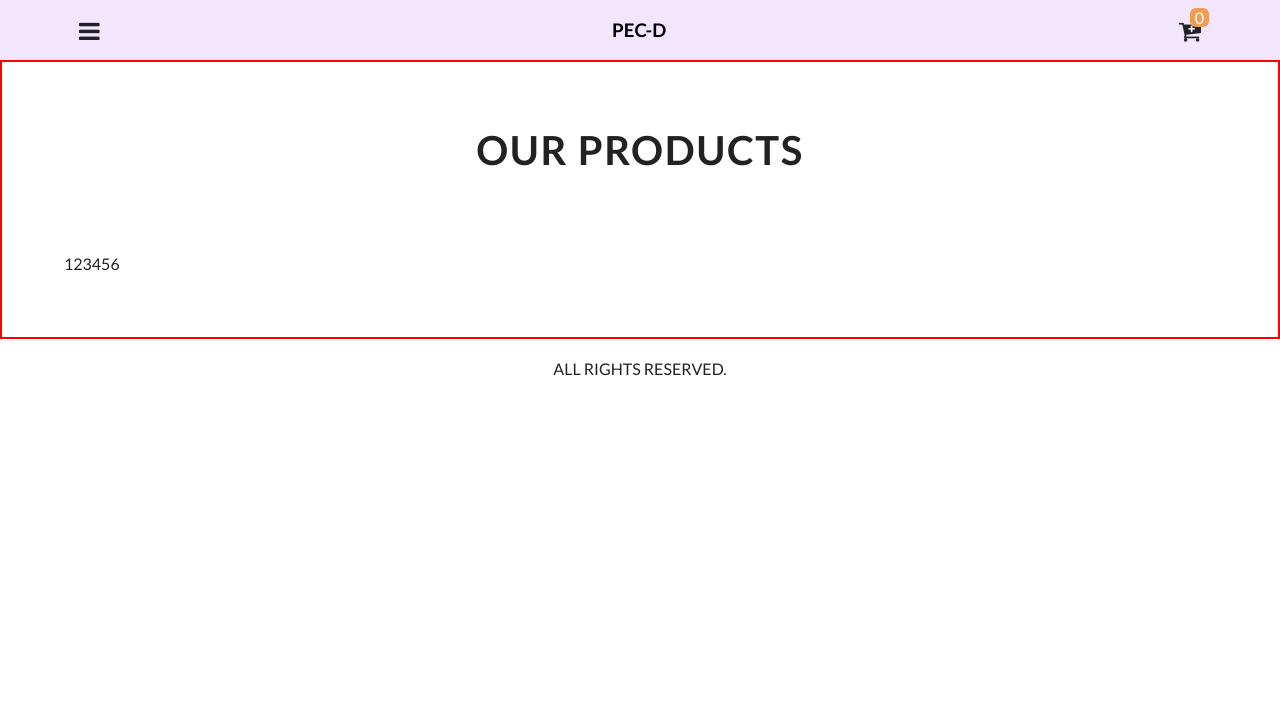
Repository: CHIR4G7/PEC-D
Page: http://localhost/
The author's editor kept a copy of each file at every save. The page is drawn from the files as they stood at one save, then again after the next save.
The browser window is 1280 px wide. The pictures show the whole page.
The page is served by the project's Node server (app.js).

Above is the page before, as saved 2023-07-08 00:49:19.

### public/index.html
<!DOCTYPE html>
<html lang="en">

<head>
    <meta charset="UTF-8">
    <meta http-equiv="X-UA-Compatible" content="IE=edge">
    <meta name="viewport" content="width=device-width, initial-scale=1.0">
    <title>PEC-D</title>
    <link rel="stylesheet" href="https://cdnjs.cloudflare.com/ajax/libs/font-awesome/4.7.0/css/font-awesome.min.css">
    <link rel="stylesheet" href="css/style.css">
</head>

<body>
    <!-- navabr -->
    <nav class="navbar">
        <div class="navbar-center">
            <span class="nav-icon">
                <i class="fa fa-bars"></i>
            </span>
            <!-- <img src="/images/logo.svg" alt="logo" class="sr"> -->
            <h3 class="logo-name">PEC-D</h3>
            <div class="cart-btn">
                <span class="nav-icon">
                    <i class="fa fa-cart-plus"></i>
                </span>
                <div class="cart-items">0</div>
            </div>
        </div>
    </nav>
    <!-- end of navbar -->

    <!-- hero -->
    <!-- <header class="hero">
        <div class="banner">
            <h1 class="banner-title">FURNITURE COLLECTION</h1>
            <button class="banner-btn">SHOW NOW</button>
        </div>
    </header> -->
    <!-- end of hero -->

    <!-- products -->
    <section class="products">
         <div class="section-title">
            <h2>OUR PRODUCTS</h2>
        </div>
        <div class="products-center">
            <!-- single product -->

            <!-- PRODCUT DETIALS -->
            <!-- <article class="product">
                <div class="img-container">
                    <img src="/images/product-1.jpeg" alt="product" class="product-img">
                    <button class="bag-btn" data-id="1">
                        <i class="fa fa-shopping-cart"></i>
                        add to bag.
                    </button>
                </div>
                <h3>add name</h3>

            </article> -->
            <!-- THIS IS END OF PRODUCT DETIALS -->

            <!-- PRODCUT DETIALS -->
            <!-- <article class="product">
                <div class="img-container">
                    <img src="/images/product-8.jpeg" alt="product" class="product-img">
                    <button class="bag-btn" data-id="1">
                        <i class="fa fa-shopping-cart"></i>
                        add to bag.
                    </button>
                </div>
                <h3>TABLE</h3>
                <h4>$11.99</h4>
            </article> -->
            <!-- THIS IS END OF PRODUCT DETIALS -->

            <!-- PRODCUT DETIALS -->
            <!-- <article class="product">
                <div class="img-container">
                    <img src="/images/product-7.jpeg" alt="product" class="product-img">
                    <button class="bag-btn" data-id="1">
                        <i class="fa fa-shopping-cart"></i>
                        add to bag.
                    </button>
                </div>
                <h3>COUCH</h3>
                <h4>$42.99</h4>
            </article> -->
            <!-- THIS IS END OF PRODUCT DETIALS -->

            <!-- PRODCUT DETIALS -->
            <!-- <article class="product">
                <div class="img-container">
                    <img src="/images/product-2.jpeg" alt="product" class="product-img">
                    <button class="bag-btn" data-id="1">
                        <i class="fa fa-shopping-cart"></i>
                        add to bag.
                    </button>
                </div>
                <h3>KING PANEL BED</h3>
                <h4>$12.99</h4>
            </article> -->
            <!-- THIS IS END OF PRODUCT DETIALS -->

            <!-- PRODCUT DETIALS -->
            <!-- <article class="product">
                <div class="img-container">
                    <img src="/images/product-5.jpeg" alt="product" class="product-img">
                    <button class="bag-btn" data-id="1">
                        <i class="fa fa-shopping-cart"></i>
                        add to bag.
                    </button>
                </div>
                <h3>FRIDGE</h3>
                <h4>$34.99</h4>
            </article> -->
            <!-- THIS IS END OF PRODUCT DETIALS -->

            <!-- PRODCUT DETIALS -->
            <!-- <article class="product">
                <div class="img-container">
                    <img src="/images/product-6.jpeg" alt="product" class="product-img">
                    <button class="bag-btn" data-id="1">
                        <i class="fa fa-shopping-cart"></i>
                        add to bag.
                    </button>
                </div>
                <h3>DRESSER</h3>
                <h4>$22.99</h4>
            </article> -->
            <!-- THIS IS END OF PRODUCT DETIALS -->

            <!-- PRODCUT DETIALS -->
            <!-- <article class="product">
                <div class="img-container">
                    <img src="/images/product-3.jpeg" alt="product" class="product-img">
                    <button class="bag-btn" data-id="1">
                        <i class="fa fa-shopping-cart"></i>
                        add to bag.
                    </button>
                </div>
                <h3>TWIN PANEL BED</h3>
                <h4>$17.99</h4>
            </article> -->
            <!-- THIS IS END OF PRODUCT DETIALS -->

            <!-- PRODCUT DETIALS -->
            <!-- <article class="product">
                <div class="img-container">
                    <img src="/images/product-4.jpeg" alt="product" class="product-img">
                    <button class="bag-btn" data-id="1">
                        <i class="fa fa-shopping-cart"></i>
                        add to bag.
                    </button>
                </div>
                <h3>SINGLE PANEL BED</h3>
                <h4>$23.99</h4>
            </article> -->
            <!-- THIS IS END OF PRODUCT DETIALS -->
        </div>
    </section>
    <!-- end of products -->




    <!-- CART BEGINS -->
    <div class="cart-overlay">
        <div class="cart">
            <span class="close-cart">
                <i class="fa fa-window-close"></i>
            </span>
            <h2>YOUR CART</h2>
            <div class="cart-content">
                <!-- cart item -->
                <div class="cart-item">
                    <!-- <img src="/images/product-1.jpeg" alt="product">
                    <div>
                        <h4>QUEEN BED</h4>
                        <h5>$9.00</h5>
                        <span class="remove-item">Remove</span>
                    </div>
                    <div>
                        <i class="fa fa-chevron-up"></i>
                        <p class="item-amount">0</p>
                        <i class="fa fa-chevron-down"></i>
                    </div> -->
                </div>
                <!-- end of cart item -->

            </div>

            <div class="cart-footer">
                <h3>YOUR TOTAL : $ <span class="cart-total"></span></h3>
                <button class="clear-cart banner-btn">CLEAR CART</button>
            </div>

        </div>
    </div>
    <!-- CART ENDS -->
    <!-- FOOOTER -->
    <div class="footer">
        ALL RIGHTS RESERVED.
    </div>
    <!-- END OF THE FOOTER -->

    <script src="src/script.js"></script>
</body>

</html>

### app.js
import express from "express";
import bodyParser from "body-parser";

const app = express();
const port = 5002;
app.use(express.static("public"))
app.use(bodyParser.urlencoded({extended:true}));
app.set("view engine","ejs");


app.get("/",(request,response)=>
{
    response.sendFile("/Users/chirag/Desktop/PEC D/public/index.html");
})

app.listen(port,()=>
{
    console.log("server working");
})

### public/css/style.css
@import url("https://fonts.googleapis.com/css?family=Lato:400,700");


/* creating variables */
:root {
    --primaryColor: #f09d51;
    --mainWhite: #fff;
    --mainBlack: #222;
    --mainGrey: #ececec;
    --mainSpacing: 0.1rem;
    --mainTransition: all 0.3s linear;
}

/* resetting elements */
* {
    margin: 0;
    padding: 0;
    box-sizing: border-box;
}


body {
    color: var(--mainBlack);
    background: var(--mainWhite);
    font-family: "Lato", sans-serif;
}


/* navbar */
.navbar {
    position: sticky;
    top: 0;
    height: 60px;
    width: 100%;
    display: flex;
    align-items: center;
    background: #f2e6ff;
    z-index: 1;
}

.logo-name
{
    color: black;
}

.navbar-center {
    width: 100%;
    max-width: 1170px;
    margin: 0 auto;
    display: flex;
    align-items: center;
    justify-content: space-between;
    padding: 0 1.5rem;
}

.nav-icon {
    font-size: 1.5rem;
}

.cart-btn {
    position: relative;
    cursor: pointer;
}

.cart-items {
    position: absolute;
    top: -8px;
    right: -8px;
    background: var(--primaryColor);
    padding: 0 5px;
    border-radius: 30%;
    color: var(--mainWhite);
}

/* hero */
.hero {
    min-height: calc(100vh - 60px);
    background: url("./images/bg-3.jpg") center/cover no-repeat;
    display: flex;
    align-items: center;
    justify-content: center;
  }
  .banner {
    text-align: center;
    background: #f2e6ff;
    display: inline-block;
    padding: 2rem;
  }
  .banner-title {
    font-size: 3.4rem;
    text-transform: uppercase;
    letter-spacing: var(--mainSpacing);
    margin-bottom: 3rem;
  }
  .banner-btn {
    padding: 1rem 3rem;
    text-transform: uppercase;
    letter-spacing: var(--mainSpacing);
    font-size: 1rem;
    background: #9999FF;
    color: var(--mainBlack);
    border: 1px solid var(--primaryColor);
    transition: var(--mainTransition);
    cursor: pointer;
  }
  .banner-btn:hover {
    background: transparent;
    color: var(--primaryColor);
  }


  /* products */
  .products {
    padding: 4rem 0;
    border: 2px solid red;
  }
  .section-title h2 {
    text-align: center;
    font-size: 2.5rem;
    margin-bottom: 5rem;
    text-transform: capitalize;
    letter-spacing: var(--mainSpacing);
  }
  .products-center {
    width: 90vw;
    margin: 0 auto;
    max-width: 1170px;
    display: grid;
    grid-template-columns: repeat(auto-fit, minmax(260px, 1fr));
    grid-column-gap: 1.5rem;
    grid-row-gap: 2rem;
  }
  .img-container {
    position: relative;
    overflow: hidden;
  }
  .bag-btn {
    position: absolute;
    top: 70%;
    right: 0;
    background: var(--primaryColor);
    border: none;
    text-transform: uppercase;
    padding: 0.5rem 0.75rem;
    letter-spacing: var(--mainSpacing);
    font-weight: bold;
    transition: var(--mainTransition);
    transform: translateX(101%);
    cursor: pointer;
  }
  .bag-btn:hover {
    color: var(--mainWhite);
  }
  .fa-shopping-cart {
    margin-right: 0.5rem;
  }
  .img-container:hover .bag-btn {
    transform: translateX(0);
  }
  .product-img {
    display: block;
    width: 100%;
    min-height: 12rem;
    transition: var(--mainTransition);
  }
  .img-container:hover .product-img {
    opacity: 0.5;
  }

  .product
  {
    border: 2px solid blue;
  }

  .product h3 {
    text-transform: capitalize;
    font-size: 1.1rem;
    margin-top: 1rem;
    letter-spacing: var(--mainSpacing);
    text-align: center;
  }

  .product h4 {
    margin-top: 0.7rem;
    letter-spacing: var(--mainSpacing);
    color: var(--primaryColor);
    text-align: center;
  }


  /* cart */
  .cart-overlay {
    position: fixed;
    top: 0;
    right: 0;
    width: 100%;
    height: 100%;
    transition: var(--mainTransition);
    background: rgb(240, 157, 81, 0.5);
    z-index: 2;
    visibility: hidden;
  }
  .cart {
    position: fixed;
    top: 0;
    right: 0;
    width: 100%;
    height: 100%;
    overflow: scroll;
    z-index: 3;
    background: rgb(231, 226, 221);
    padding: 1.5rem;
    transition: var(--mainTransition);
    transform: translateX(100%);
  }
  .showCart {
    transform: translateX(0);
  }
  .transparentBcg {
    visibility: visible;
  }
  @media screen and (min-width: 768px) {
    .cart {
      width: 30vw;
      min-width: 450px;
    }
  }

  .close-cart {
    font-size: 1.7rem;
    cursor: pointer;
  }
  .cart h2 {
    text-transform: capitalize;
    text-align: center;
    letter-spacing: var(--mainSpacing);
    margin-bottom: 2rem;
  }
  /*---------- Cart Item -------------------- */
  .cart-item {
    display: grid;
    align-items: center;
    grid-template-columns: auto 1fr auto;
    grid-column-gap: 1.5rem;
    margin: 1.5rem 0;
  }
  .cart-item img {
    width: 75px;
    height: 75px;
  }
  .cart-item h4 {
    font-size: 0.85rem;
    text-transform: capitalize;
    letter-spacing: var(--mainSpacing);
  }
  .cart-item h5 {
    margin: 0.5rem 0;
    letter-spacing: var(--mainSpacing);
  }
  .item-amount {
    text-align: center;
  }
  .remove-item {
    color: black;
    cursor: pointer;
  }
  .fa-chevron-up,
  .fa-chevron-down {
    color: var(--primaryColor);
    cursor: pointer;
  }
  /*---------- End of Cart Item -------------------- */

  .cart-footer {
    margin-top: 2rem;
    letter-spacing: var(--mainSpacing);
    text-align: center;
  }
  .cart-footer h3 {
    text-transform: capitalize;
    margin-bottom: 1rem;
  }


  /* FOOTER */
  .footer
  {
    position: relative;
    text-align: center;
    top: 20px;
  }

### public/src/script.js


const productsDOM = document.querySelector('.products-center');

let shoparray = [];//ISME SAAARI KI SAARI DETAILS PADI HAIN PRODUCT K

class Shops{

    async getProducts() {
        try {
            let result = await fetch('./shops.json');
            let data = await result.json();

            //destructuring
            const shopsArray = data.shops.map(shop => ({ id: shop.id, name: shop.sname, image: shop.image}));

            return shopsArray;
        }
        catch (error) {
            console.log("r");
        }
    }

};

class display
{
    displayShops(shops)
    {
        let result = '';
       shops.forEach((shop)=>
       {
        console.log(shop.id);
        result+=`${shop.id}`;
       })
    productsDOM.innerHTML = result;
    }
};





//displaying the products

function displayProducts(shoparray)
{
    let result = '';
    shoparray.forEach(product => {
        // result += `      <article class="product">
        // <div class="img-container">
        //     <img src="/images/product-1.jpeg" alt="product" class="product-img">
        //     <button class="bag-btn" data-id=${product.id}>
        //         <i class="fa fa-shopping-cart"></i>
        //         add to bag.
        //     </button>
        // </div>
        // <h3>${product.name}</h3>`;
        console.log(product);
    })
    productsDOM.innerHTML = result;
}


    // console.log(shoparray);

    // till here
    document.addEventListener("DOMContentLoaded", () => {
        //when dom loads get the product info stored in an array SHOPSARRAY
        // (async function () {
        //     try {
        //         const shopsarray = await getProducts();
        //         shopsarray.forEach((e) => {
        //             shoparray.push(e);
        //         })
        //     }
        //     catch (error) {
        //         console.log(error);
        //     }
        // })();
        // console.log(shoparray);
        // displayProducts(shoparray);
        const shops = new Shops();
        const displaying = new display();

        shops.getProducts().then(products=>
            {
                displaying.displayShops(products);
            })

    })

### public/shops.json
{
    "shops" :
    [
        {
            "id" : 1,
            "sname" : "DeshRaj Sweets",
            "image" : "public/images/product-1.jpeg"
        },
        {
            "id" : 2,
            "sname" : "Anna",
            "image" : "public/images/product-1.jpeg"
        },
        {
            "id" : 3,
            "sname" : "Combo",
            "image" : "public/images/product-1.jpeg"
        },
        {
            "id" : 4,
            "sname" : "Forks and Knives",
            "image" : "public/images/product-1.jpeg"
        },
        {
            "id" : 5,
            "sname" : "Pandit",
            "image" : "public/images/product-1.jpeg"
        },
        {
            "id" : 6,
            "sname" : "Yankess",
            "image" : "public/images/product-1.jpeg"
        }
    ]
}

After the next save:
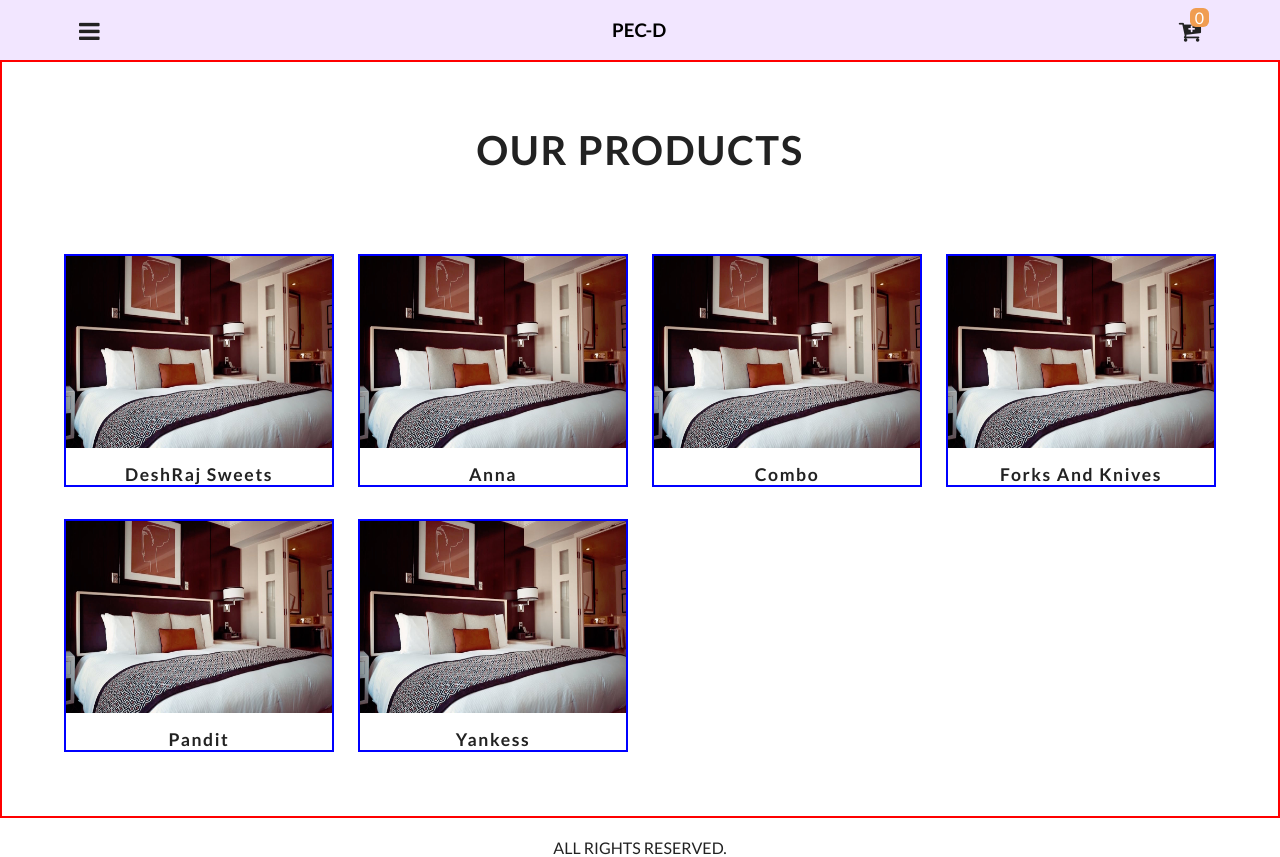
Saved 35 s later.
--- a/public/src/script.js
+++ b/public/src/script.js
@@ -31,7 +31,17 @@ class display
        shops.forEach((shop)=>
        {
         console.log(shop.id);
-        result+=`${shop.id}`;
+        result+=` <article class="product">
+        <div class="img-container">
+            <img src="/images/product-1.jpeg" alt="product" class="product-img">
+            <button class="bag-btn" data-id="1">
+                <i class="fa fa-shopping-cart"></i>
+                add to bag.
+            </button>
+        </div>
+        <h3>${shop.name}</h3>
+
+    </article>`;
        })
     productsDOM.innerHTML = result;
     }
